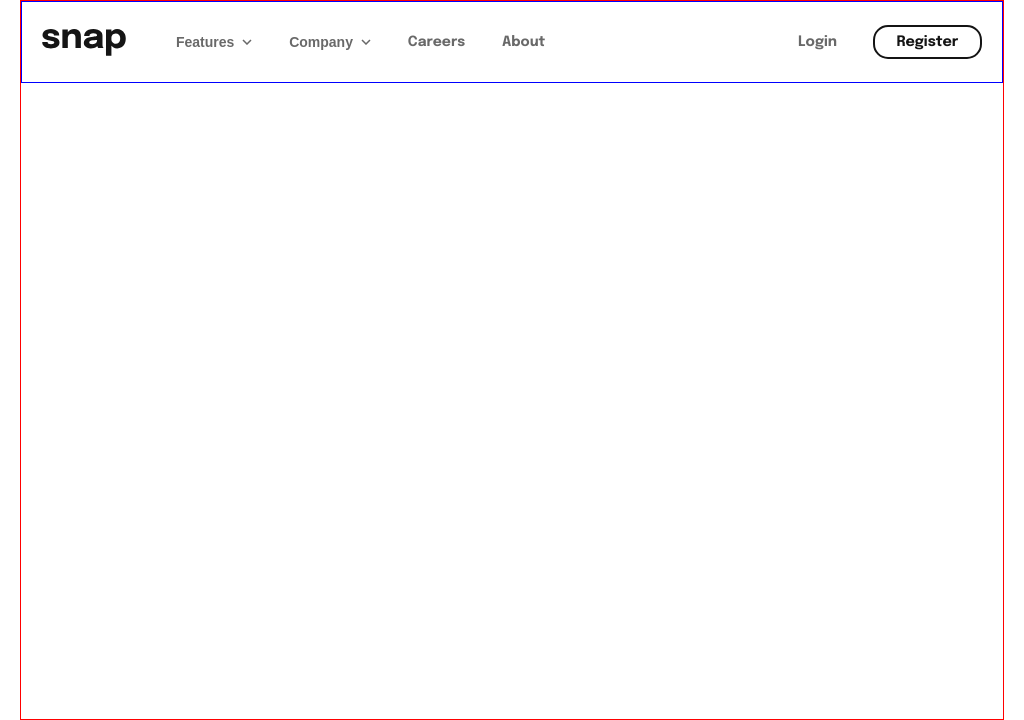
Repository: KamoliddinGIT/intro-section-with-dropdown
Page: index.html
The author's editor kept a copy of each file at every save. The page is drawn from the files as they stood at one save, then again after the next save.
The browser window is 1024 px wide. The pictures show the whole page.

Above is the page before, as saved 2023-09-20 17:05:55.

After the next save:
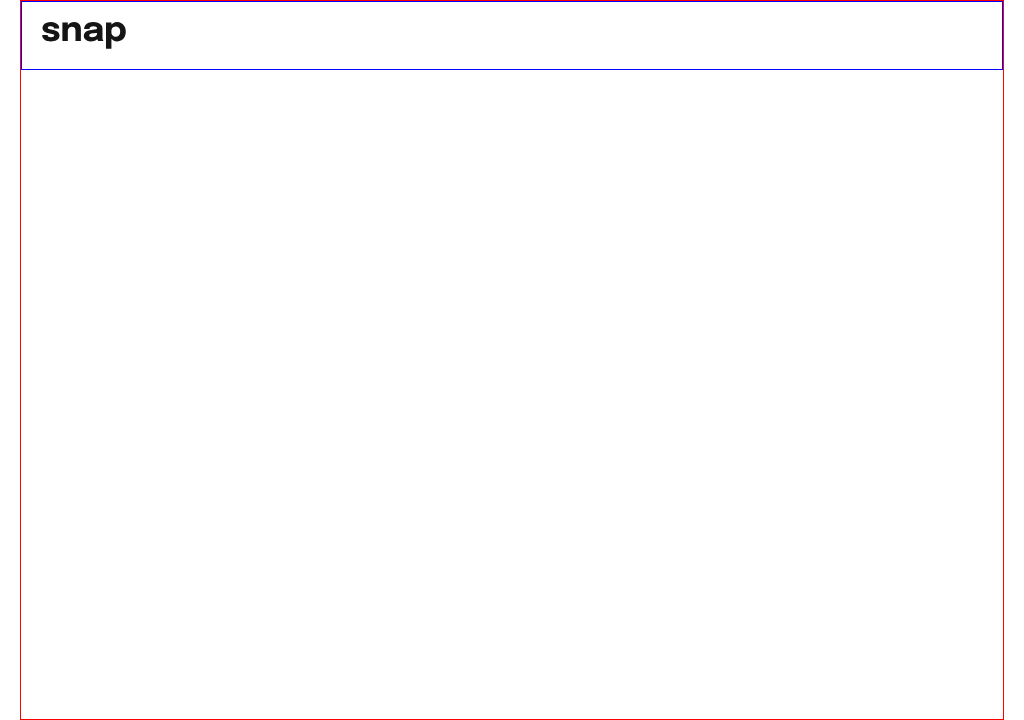
Saved 13 s later.
--- a/css/style.css
+++ b/css/style.css
@@ -190,4 +190,7 @@
 }
 
 @media only screen and (max-width: 1100px) {
+  .nav-items {
+    display: none;
+  }
 }
